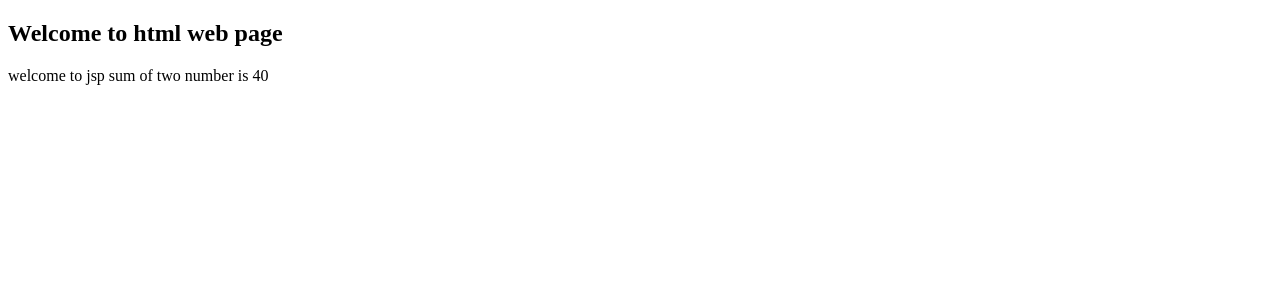
Repository: bavadharani23/phase2-projects
Page: http://localhost/JSPExamples/demo.jsp
These files come from the project's save history. The page is drawn as it stood at one moment and after the next save; the edit follows.
The browser window is 1280 px wide. The pictures show the whole page.
The page is served by Tomcat 9.

Above is the page before, as saved 2022-08-09 04:49:28.

After the next save:
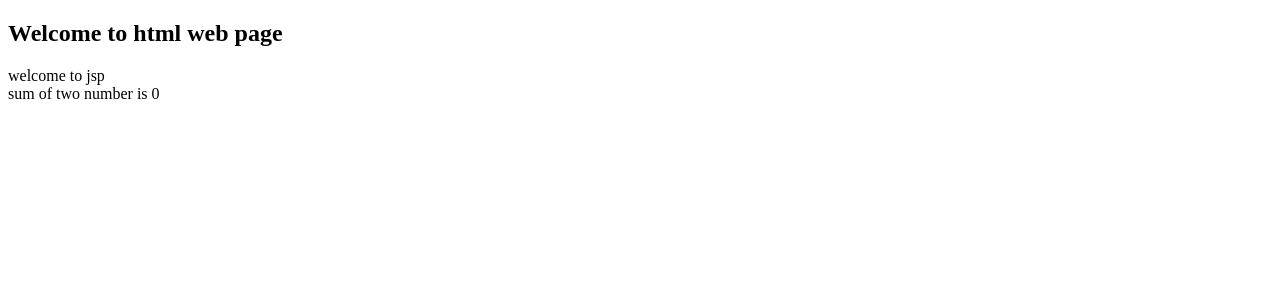
Saved 9 min 45 s later.
--- a/JSPExamples/src/main/webapp/demo.jsp
+++ b/JSPExamples/src/main/webapp/demo.jsp
@@ -8,13 +8,15 @@
 </head>
 <body>
 <h2>Welcome to html web page</h2>
+<%! int a,b,sum; %>
 <%
-int a=10;
-int b=30;
-int sum=a+b;
-out.println("welcome to jsp");
+sum=a+b;
+out.println("welcome to jsp <br>");
 out.println("sum of two number is "+sum);
+%>
 
-%>
+
+
+
 </body>
 </html>
